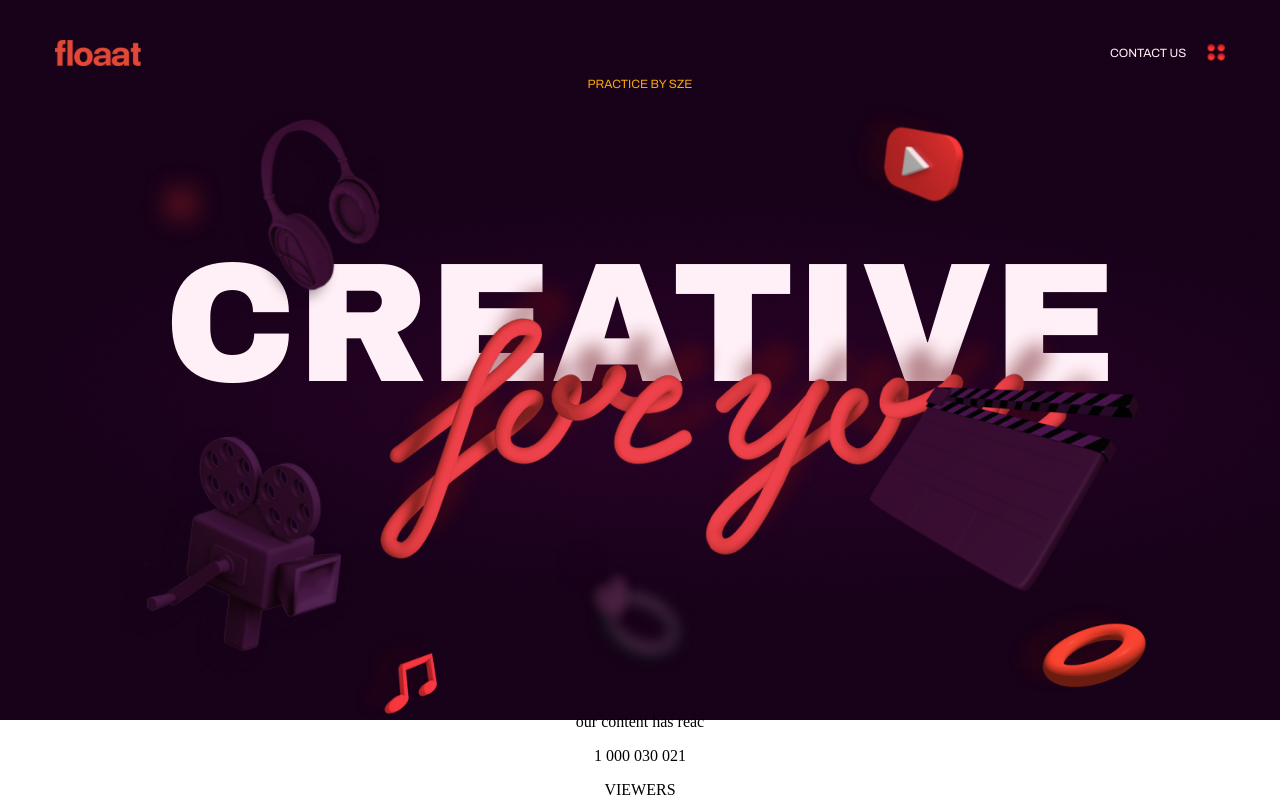
Repository: skydevil1604/next-page-no-adaptive
Page: app/index.html
The author's editor kept a copy of each file at every save. The page is drawn from the files as they stood at one save, then again after the next save.
The browser window is 1280 px wide. The pictures show the whole page.
Some web libraries are served in a nearby version. The style sheet was rebuilt from its Sass, Less or Tailwind sources for each picture, by a compiler version that may differ from the author's.

Above is the page before, as saved 2020-01-03 04:10:55.

After the next save:
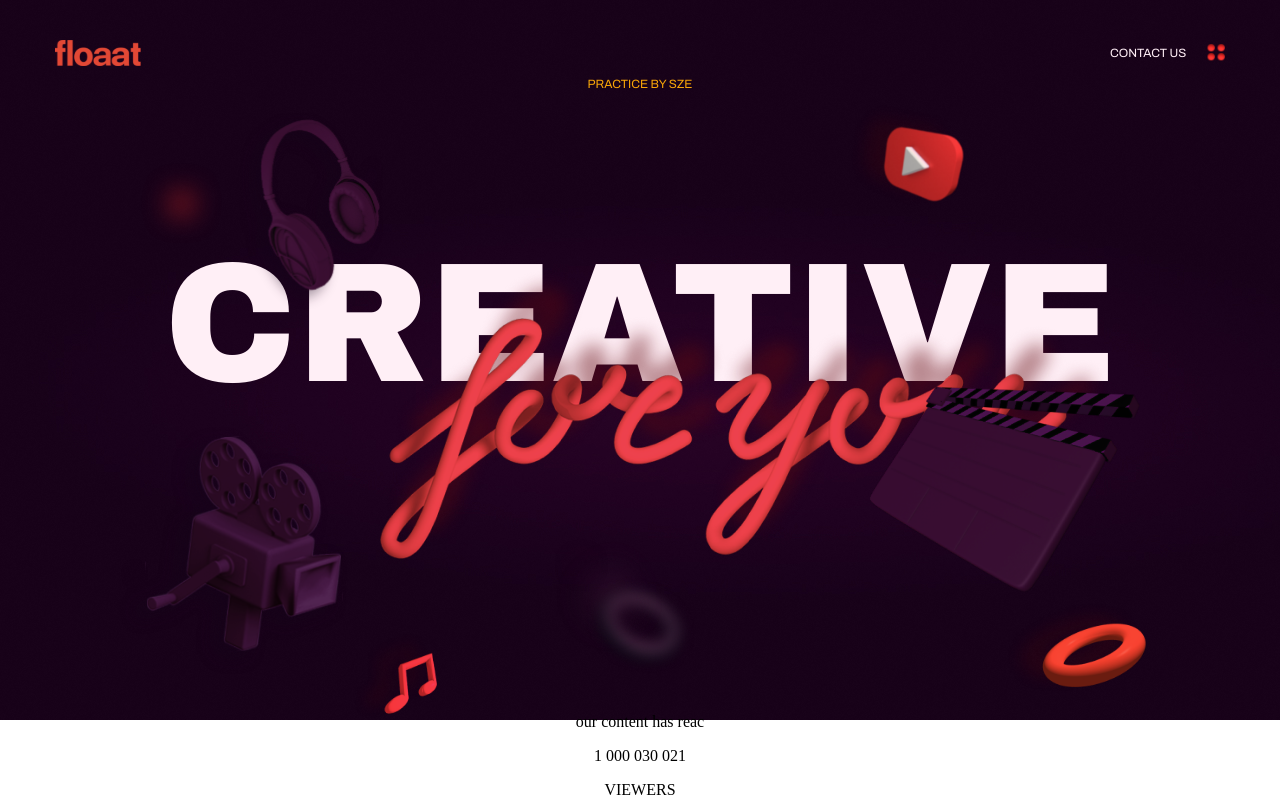
Saved 39 s later.
--- a/app/sass/main.scss
+++ b/app/sass/main.scss
@@ -204,6 +204,9 @@
         position: absolute;
         width: 74px;
         height: 82px;
+        opacity: 0.74;
+        filter: blur(16.3097px);
+        transform: rotate(-25deg);
     }
     &__dot-image {
         position: absolute;
